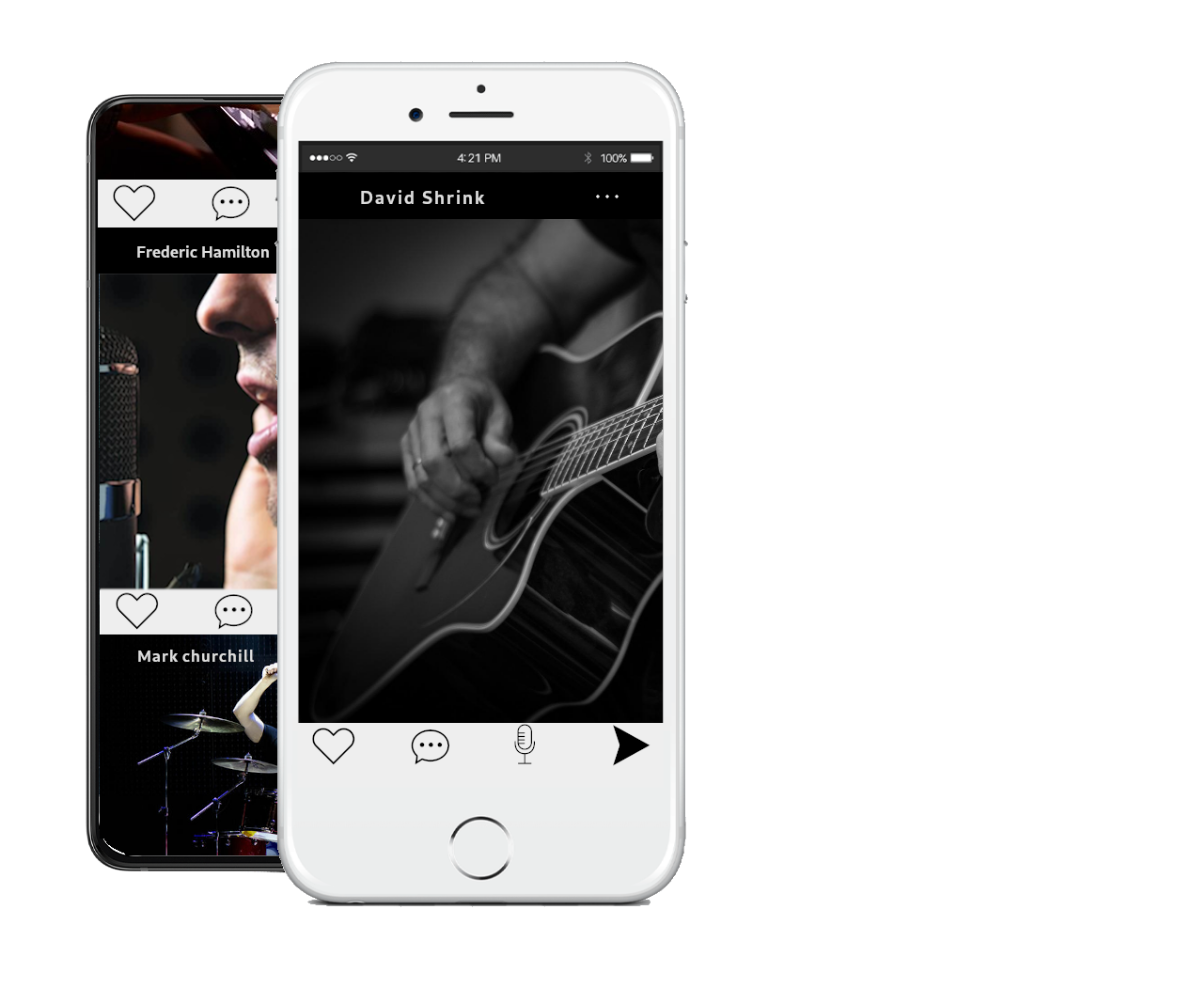
Repository: julianopedraca/matchmusic
Page: index.html
The author's editor kept a copy of each file at every save. The page is drawn from the files as they stood at one save, then again after the next save.
The browser window is 1280 px wide. The pictures show the whole page, at 94% of full size.

Above is the page before, as saved 2022-06-09 20:27:21.

### index.html
<!DOCTYPE html>
<html lang="en">

<head>
    <meta charset="UTF-8">
    <meta http-equiv="X-UA-Compatible" content="IE=edge">
    <meta name="viewport" content="width=device-width, initial-scale=1.0">
    <title>Musicamatch</title>
</head>

<body>
    <div class="musicmatch-wrapper">
        <div class="musicmatch-phone">
            <img src="/src/guitarman.png" alt="celular">
        </div>
        <div class="matchmusic-continue">
            <img src=""''
        </div>
    </div>
</body>

</html>

After the next save:
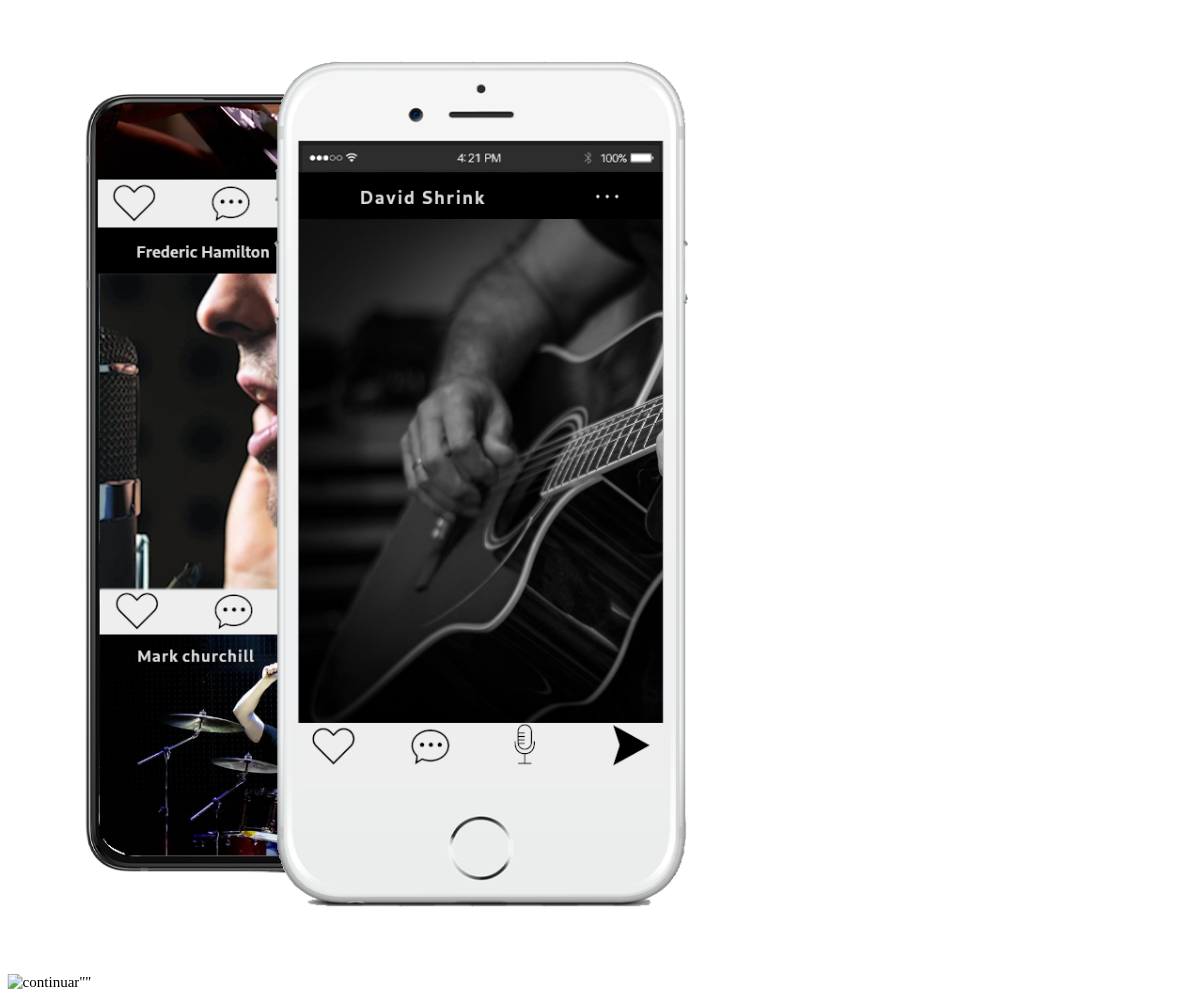
Not found: src/continue.png
Saved 5 s later.
--- a/index.html
+++ b/index.html
@@ -14,7 +14,7 @@
             <img src="/src/guitarman.png" alt="celular">
         </div>
         <div class="matchmusic-continue">
-            <img src=""''
+            <img src="/src/continue.png" alt="continuar">"''
         </div>
     </div>
 </body>
